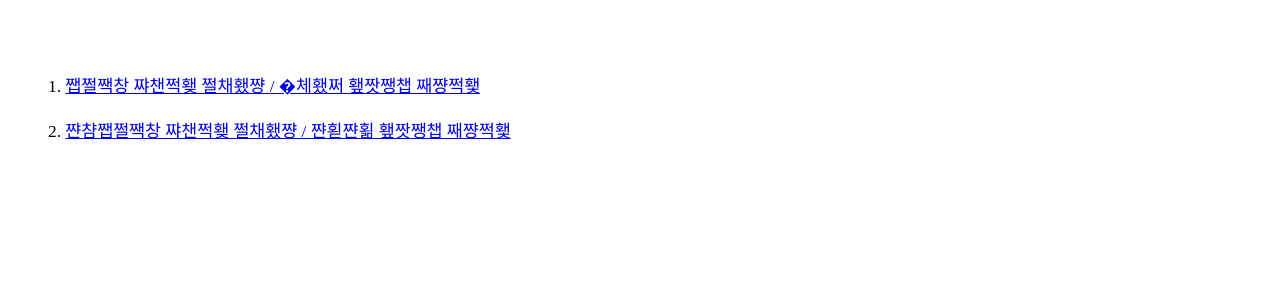
Repository: yeobinJeong/demoweb
Page: ajaxweb/WebContent/demo/helloajax.html
The author's editor kept a copy of each file at every save. The page is drawn from the files as they stood at one save, then again after the next save.
The browser window is 1280 px wide. The pictures show the whole page.

Above is the page before, as saved 2016-04-21 05:16:16.

After the next save:
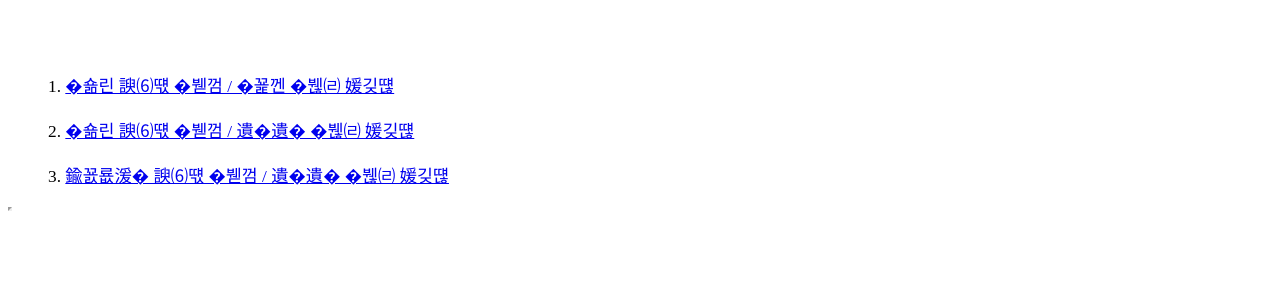
Saved 19 s later.
--- a/ajaxweb/WebContent/demo/helloajax.html
+++ b/ajaxweb/WebContent/demo/helloajax.html
@@ -1,71 +1,79 @@
 <!DOCTYPE html>
 <html>
 <head>
-	<meta charset="EUC-KR">
-	<title>Ajax Demo</title>
-	<script type="text/javascript">
+<meta charset="EUC-KR">
+<title>Ajax Demo</title>
+<script type="text/javascript">
+	var proxy;// 비동기 요청을 수행할 객체 참조
+	function doRequest() {
+		proxy = new XMLHttpRequest();//객체 생성
+		proxy.open("GET", "handler2.jsp", true);
 
-		var proxy;//ºñµ¿±â ¿äÃ»À» ¼öÇàÇÒ °´Ã¼ ÂüÁ¶
-		function doRequest() {
-			proxy = new XMLHttpRequest();//°´Ã¼ »ý¼º
-			proxy.open(
-				"GET",	//¿äÃ» ¸Þ¼­µå (OR POST)
-				"handler2.jsp", //¿äÃ» ¼ö½ÅÀÚ
-				true);	//ºñµ¿±â ¿©ºÎ
-			//¿äÃ»¿¡ ´ëÇÑ ÀÀ´äÀÌ µµÂøÇßÀ» ¶§ È£ÃâÇÒ ÇÔ¼ö ÁöÁ¤
-			proxy.onreadystatechange = processResult;
-			proxy.send(null);//¿äÃ» Àü¼Û - nullÀº get ¹æ½ÄÀÏ¶§ »ç¿ë
-		}
-		function processResult() {
-			//1:¿äÃ»Àü, 2:¿äÃ»ÈÄ, 3:ÀÀ´ä¼ö½Å½ÃÀÛ, 4:ÀÀ´ä¼ö½ÅÁ¾·á
-			if (proxy.readyState == 4) {
-				if (proxy.status == 200) {//ÀÀ´äÄÚµåÈ®ÀÎ (Á¤»óÀÀ´ä)
-					var content = proxy.responseText;//ÀÀ´ä ³»¿ë
-					var div = document.createElement("div");//div ¿ä¼Ò »ý¼º
-					div.style.border = 'solid 1px red';
-					div.style.padding = "10px";
-					div.style.marginTop = "5px";
-					div.innerHTML = content;//ÀÀ´ä °á°ú¸¦ ¸¸µç div¿¡ Ãß°¡
-					var resultDiv = document.getElementById("result");
-					resultDiv.appendChild(div);//result div ÇÏÀ§ Ç×¸ñÀ¸·Î Ãß°¡
-				} else {
-					alert('¿À·ù : ' + proxy.status)
-				}
+		proxy.open(
+			"GET",
+			"handler2.jsp",
+			true
+		);
+		proxy.onreadystatechange = processResult();
+		proxy.send(null);
+
+	}
+	function processResult(){
+
+		if(proxy.readyState == 4){
+
+			if(proxy.status == 200){
+				var content = proxy.responseText;//응답내용
+				var div= document.createElement("div");//div 요소생성
+
+				div.style.border = 'solid 1px red';
+				div.style.padding = "10px";
+				div.style.marginTop = "5px";
+				div.innerHTML = content;//응답결과를 만든 div에 추가
+				var resultDiv = document.getElementById("result");
+				resultDiv.appendChild(div); //result div 하위항목으로 추가
+			}
+			else{
+				alert("오류 " + proxy.status)
 			}
 		}
+	}
 
+	function getXmlHttpRequest() {
+		//브라우저 내장 객체로 제공되는 경우
+		if (window.XMLHttpRequest)
+			return new XMLHttpRequest();
 
-		function getXmlHttpRequest() {
-			//ºê¶ó¿ìÀú ³»Àå °´Ã¼·Î Á¦°øµÇ´Â °æ¿ì
-			if (window.XMLHttpRequest) return new XMLHttpRequest();
-
-			//ActiveX ¹æ½ÄÀ¸·Î Á¦°øµÇ´Â °æ¿ì (IE ÇÏÀ§ ¹öÀü)
-			var versions = [
-				"MSXML2.XMLHttp.6.0",
-				"MSXML2.XMLHttp.5.0",
-				"MSXML2.XMLHttp.4.0",
-				"MSXML2.XMLHttp.3.0",
-				"MSXML2.XMLHttp",
-				"Microsoft.XMLHttp"
-			];
-			for (var i = 0; i < versions.length; i++) {
-				try {
-					temp = new ActiveXObject(versions[i]);
-					return temp;
-				} catch (e) {}
+		//ActiveX 방식으로 제공되는 경우 (IE 하위 버전)
+		var versions = [ "MSXML2.XMLHttp.6.0", "MSXML2.XMLHttp.5.0",
+				"MSXML2.XMLHttp.4.0", "MSXML2.XMLHttp.3.0", "MSXML2.XMLHttp",
+				"Microsoft.XMLHttp" ];
+		for (var i = 0; i < versions.length; i++) {
+			try {
+				temp = new ActiveXObject(versions[i]);
+				return temp;
+			} catch (e) {
 			}
-			return null;
 		}
-	</script>
+		return null;
+	}
+</script>
 </head>
 <body>
-	<br /><br /><br />
-	<div style="padding:10px;margin-left: 30px;font-size:13pt">
-		1. <a href="handler1.jsp">µ¿±â ¹æ½Ä ¿äÃ» / ÀüÃ¼ È­¸é °»½Å</a><br /><br />
-		2. <a href="javascript:doRequest();">ºñµ¿±â ¹æ½Ä ¿äÃ» / ºÎºÐ È­¸é °»½Å</a>
+	<br />
+	<br />
+	<br />
+	<div style="padding: 10px; margin-left: 30px; font-size: 13pt">
+		1. <a href="handler1.jsp">동기 방식 요청 / 전체 화면 갱신</a><br />
+		<br /> 2. <a href="javascript:doRequest();">동기 방식 요청 / 부분 화면 갱신</a><br />
+		<br /> 3. <a href="javascript:doRequest2();">비동기 방식 요청 / 부분 화면 갱신</a>
 	</div>
+	<iframe id="proxy" src="" style="width: 0px; height: 0px"> </iframe>
 	<div id="result"
 		style="padding:10px;margin-left: 30px;font-size:13pt">
 	</div>
+
+
+
 </body>
 </html>

After the 2 saves that followed:
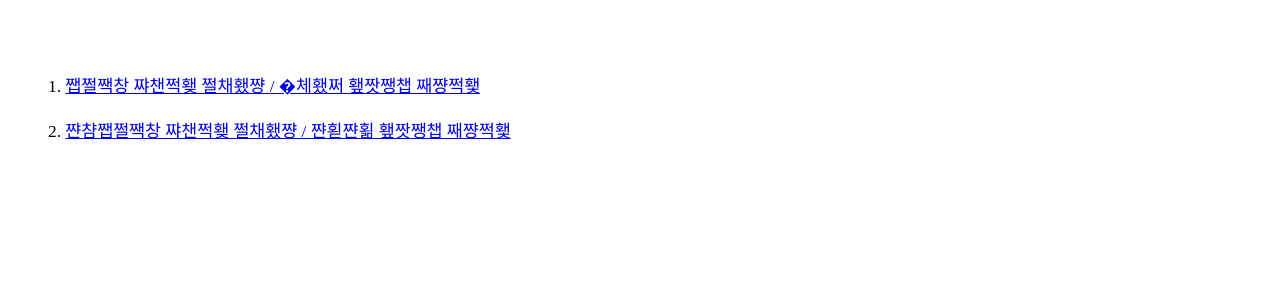
The 2 saves are shown as one change because 1 left the picture as it was.
The last was saved 77 s later.
--- a/ajaxweb/WebContent/demo/helloajax.html
+++ b/ajaxweb/WebContent/demo/helloajax.html
@@ -1,79 +1,71 @@
 <!DOCTYPE html>
 <html>
 <head>
-<meta charset="EUC-KR">
-<title>Ajax Demo</title>
-<script type="text/javascript">
-	var proxy;// 비동기 요청을 수행할 객체 참조
-	function doRequest() {
-		proxy = new XMLHttpRequest();//객체 생성
-		proxy.open("GET", "handler2.jsp", true);
+	<meta charset="EUC-KR">
+	<title>Ajax Demo</title>
+	<script type="text/javascript">
 
-		proxy.open(
-			"GET",
-			"handler2.jsp",
-			true
-		);
-		proxy.onreadystatechange = processResult();
-		proxy.send(null);
-
-	}
-	function processResult(){
-
-		if(proxy.readyState == 4){
-
-			if(proxy.status == 200){
-				var content = proxy.responseText;//응답내용
-				var div= document.createElement("div");//div 요소생성
-
-				div.style.border = 'solid 1px red';
-				div.style.padding = "10px";
-				div.style.marginTop = "5px";
-				div.innerHTML = content;//응답결과를 만든 div에 추가
-				var resultDiv = document.getElementById("result");
-				resultDiv.appendChild(div); //result div 하위항목으로 추가
-			}
-			else{
-				alert("오류 " + proxy.status)
+		var proxy;//ºñµ¿±â ¿äÃ»À» ¼öÇàÇÒ °´Ã¼ ÂüÁ¶
+		function doRequest() {
+			proxy = new XMLHttpRequest();//°´Ã¼ »ý¼º
+			proxy.open(
+				"GET",	//¿äÃ» ¸Þ¼­µå (OR POST)
+				"handler2.jsp", //¿äÃ» ¼ö½ÅÀÚ
+				true);	//ºñµ¿±â ¿©ºÎ
+			//¿äÃ»¿¡ ´ëÇÑ ÀÀ´äÀÌ µµÂøÇßÀ» ¶§ È£ÃâÇÒ ÇÔ¼ö ÁöÁ¤
+			proxy.onreadystatechange = processResult;
+			proxy.send(null);//¿äÃ» Àü¼Û - nullÀº get ¹æ½ÄÀÏ¶§ »ç¿ë
+		}
+		function processResult() {
+			//1:¿äÃ»Àü, 2:¿äÃ»ÈÄ, 3:ÀÀ´ä¼ö½Å½ÃÀÛ, 4:ÀÀ´ä¼ö½ÅÁ¾·á
+			if (proxy.readyState == 4) {
+				if (proxy.status == 200) {//ÀÀ´äÄÚµåÈ®ÀÎ (Á¤»óÀÀ´ä)
+					var content = proxy.responseText;//ÀÀ´ä ³»¿ë
+					var div = document.createElement("div");//div ¿ä¼Ò »ý¼º
+					div.style.border = 'solid 1px red';
+					div.style.padding = "10px";
+					div.style.marginTop = "5px";
+					div.innerHTML = content;//ÀÀ´ä °á°ú¸¦ ¸¸µç div¿¡ Ãß°¡
+					var resultDiv = document.getElementById("result");
+					resultDiv.appendChild(div);//result div ÇÏÀ§ Ç×¸ñÀ¸·Î Ãß°¡
+				} else {
+					alert('¿À·ù : ' + proxy.status)
+				}
 			}
 		}
-	}
 
-	function getXmlHttpRequest() {
-		//브라우저 내장 객체로 제공되는 경우
-		if (window.XMLHttpRequest)
-			return new XMLHttpRequest();
 
-		//ActiveX 방식으로 제공되는 경우 (IE 하위 버전)
-		var versions = [ "MSXML2.XMLHttp.6.0", "MSXML2.XMLHttp.5.0",
-				"MSXML2.XMLHttp.4.0", "MSXML2.XMLHttp.3.0", "MSXML2.XMLHttp",
-				"Microsoft.XMLHttp" ];
-		for (var i = 0; i < versions.length; i++) {
-			try {
-				temp = new ActiveXObject(versions[i]);
-				return temp;
-			} catch (e) {
+		function getXmlHttpRequest() {
+			//ºê¶ó¿ìÀú ³»Àå °´Ã¼·Î Á¦°øµÇ´Â °æ¿ì
+			if (window.XMLHttpRequest) return new XMLHttpRequest();
+
+			//ActiveX ¹æ½ÄÀ¸·Î Á¦°øµÇ´Â °æ¿ì (IE ÇÏÀ§ ¹öÀü)
+			var versions = [
+				"MSXML2.XMLHttp.6.0",
+				"MSXML2.XMLHttp.5.0",
+				"MSXML2.XMLHttp.4.0",
+				"MSXML2.XMLHttp.3.0",
+				"MSXML2.XMLHttp",
+				"Microsoft.XMLHttp"
+			];
+			for (var i = 0; i < versions.length; i++) {
+				try {
+					temp = new ActiveXObject(versions[i]);
+					return temp;
+				} catch (e) {}
 			}
+			return null;
 		}
-		return null;
-	}
-</script>
+	</script>
 </head>
 <body>
-	<br />
-	<br />
-	<br />
-	<div style="padding: 10px; margin-left: 30px; font-size: 13pt">
-		1. <a href="handler1.jsp">동기 방식 요청 / 전체 화면 갱신</a><br />
-		<br /> 2. <a href="javascript:doRequest();">동기 방식 요청 / 부분 화면 갱신</a><br />
-		<br /> 3. <a href="javascript:doRequest2();">비동기 방식 요청 / 부분 화면 갱신</a>
+	<br /><br /><br />
+	<div style="padding:10px;margin-left: 30px;font-size:13pt">
+		1. <a href="handler1.jsp">µ¿±â ¹æ½Ä ¿äÃ» / ÀüÃ¼ È­¸é °»½Å</a><br /><br />
+		2. <a href="javascript:doRequest();">ºñµ¿±â ¹æ½Ä ¿äÃ» / ºÎºÐ È­¸é °»½Å</a>
 	</div>
-	<iframe id="proxy" src="" style="width: 0px; height: 0px"> </iframe>
 	<div id="result"
 		style="padding:10px;margin-left: 30px;font-size:13pt">
 	</div>
-
-
-
 </body>
 </html>
